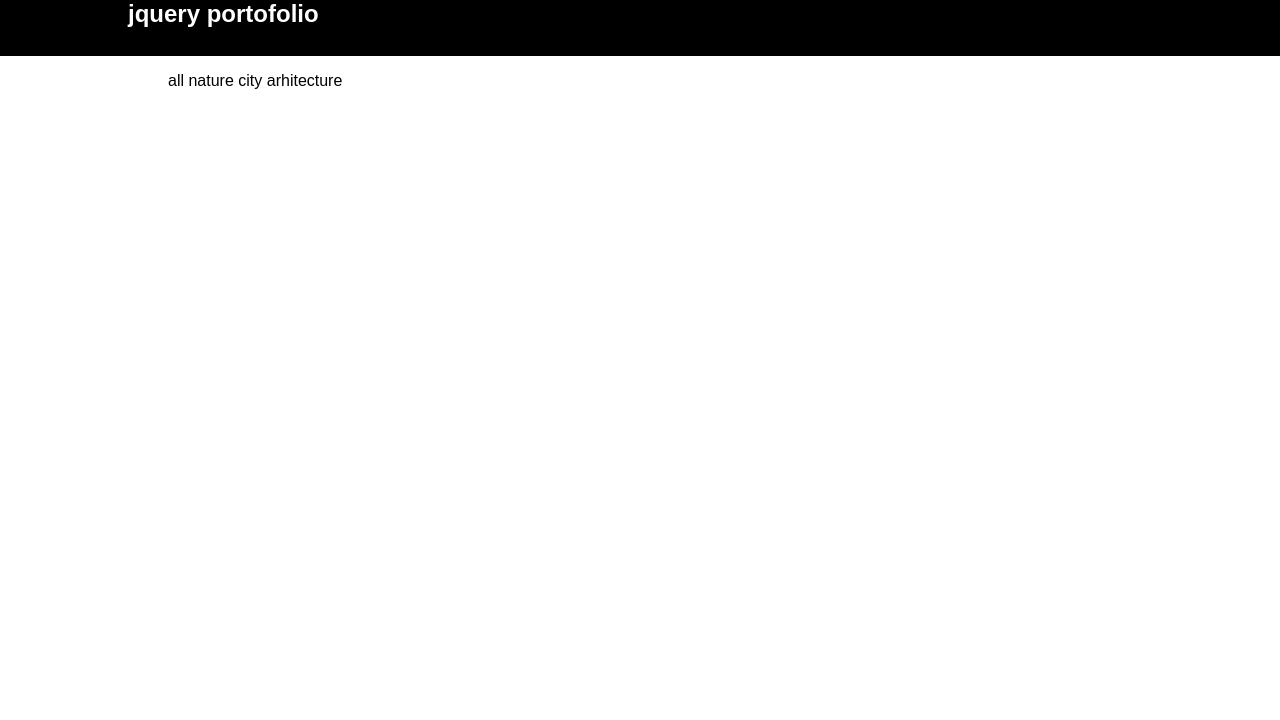
Repository: cpatrut/spring
Page: http://localhost/sparta/home.jsp
These files come from the project's save history. The page is drawn as it stood at one moment and after the next save; the edit follows.
The browser window is 1280 px wide. The pictures show the whole page.
After loading, the first visible `li` was clicked once.
The page is served by Tomcat 9. Other server files are loaded and not shown.

Above is the page before, as saved 2015-06-14 07:20:27.

### sparta/WebContent/home.jsp
<%@ page language="java" contentType="text/html; charset=UTF-8"
    pageEncoding="UTF-8"%>
<!DOCTYPE html PUBLIC "-//W3C//DTD HTML 4.01 Transitional//EN" "http://www.w3.org/TR/html4/loose.dtd">
<html>
<head>
<title>This is porto</title>
<script type="text/javascript" src="js/jquery-1.9.1.min.js">

</script>
<link rel="stylesheet" type="text/css" href="css/style.css"/>
<script type="text/javascript" src="js/script.js">
</script>
<script type="text/javascript" src="js/filter.js">
</script>
<meta http-equiv="Content-Type" content="text/html; charset=UTF-8">

</head>
<body>

	<div id="header">
		<div id="menu">
			<h2>jquery portofolio</h2>
		</div>
	</div>
	<div id="overlay">
	</div>
	<div id="frame">
		<table>
		<tr>
			<td  id="left">
				<img src="images/left.png" alt="left"/>

		</td>
			<td id="right">
				<img src="images/right.png" alt="right"/>
			</td>
		</tr></table>
		<img id="main" src="" alt=""/>
		<div id="description">
			<p></p>
		</div>
	</div>
	<div id="wrapper">
		<ul id="filter">
			<li>all</li>
			<li>nature</li>
			<li>city</li>
			<li>arhitecture</li>
		</ul>

		<ul id="portofolio">
		<li class="nature"><img id="1" src="images/1.jpg" alt="img">	</li>
		<li class="arhitecture city"><img id="2"  src="images/2.jpg" alt="">	</li>
		<li   class="arhitecture " ><img id="3"  src="images/3.jpg" alt="">	</li>
		<li class="city" ><img id="4"  src="images/4.jpg" alt="">	</li>
		<li class="arhitecture"><img id="5"  src="images/5.jpg" alt="">	</li>
		<li class="nature"><img id="6"  src="images/6.jpg" alt="">	</li>
		<li class="arhitecture nature"><img id="7"  src="images/7.jpg" alt="">	</li>
		<li class="nature"><img id="8"  src="images/8.jpg" alt="">	</li>
		</ul>
	</div>
</body>
</html>

### sparta/WebContent/css/style.css
body{
margin:0;
padding:0;
font-family: arial,sans-serif;
}
#menu {
color:white;
	width:1024px;


	margin:0px auto;
}
h2{
margin:0px;
text-align:left;
}
	#header{
	width:100%;
	height:56px;
	background-color: black;
	}
	#wrapper{
	width:1024px;
	min-height: 500px;
	margin:0px auto;
	}
	#portofolio{
	list-style-type: none;
	padding-left: 0px;
	}
	#portofolio li{
		display:inline-block;
		margin:10px 5px 10px 5px;
	}
	#portofolio li img{
		width:250px;
		height:200px;
		cursor:pointer;
	}
	#overlay{
		width:100%;
		height:100%;
		position:fixed;
		background-color:black;
		opacity: 0.7;
		display:none;
			top:0px;
	}
	#frame{
	position:fixed;
	display:none;
	background-color:none;
	width:540px;
	height:386px;
	left:50%;
	margin-left:-350px;
	background-color:white;
	padding-top:20px;
	margin-left:-350px;;
	margin-top:15px;

	}
	#description p{
		text-align:center;
	}
	#description{
	background-color:white;
	padding-bottom:10px;
	}
	#frame table{
	position:absolute;
	width:503px;
	margin-left:20px;
	}
	#right{
	float:right;
	}
	#right img{
	float:right;
	}
	#right,#left{
	left: -0px;
    position: relative;
    top: 102px;
    cursor:pointer;
    }
	#left{
	left:-3px;}
	#overlay{
	cursor:pointer;
	}
	#left img{
	opacity:0.5;

	}
	#right img{
	opacity:0.5;
	}
	#frame #main{
	cursor:pointer;
	}
	#frame #main{
	width:500px;
	margin-left:20px;
	height: 331px;
	}
	#filter li{
		display:inline;
	}
	#fiter li.active{
		font-weight:bold;
	}

### sparta/WebContent/js/script.js
$(function () {
	var current_li;

	function setImg(src,id){
		$("#frame #main").attr("src",src);
		var path="text/"+id+".txt";
		$.get(path,function(data){
			console.log(data);
			$("#description p").html(data);
		});
	}
	$("#portofolio img").click(function(){
		var src=$(this).attr("src");
		current_li=$(this).parent();
		var id=$(this).attr("id");
		setImg(src,id);

		$("#frame").fadeIn(500);
		$("#overlay").fadeIn(500);
	});
	$("#overlay").click(function () {
		$(this).fadeOut(500);
		$("#frame").fadeOut(500);

	});
	$("#right").click(function () {
		if(current_li.is(":last-child")){
			var next_li=$("#portofolio li").first();
		}
		else{
		var next_li = current_li.next();
		}

		var next_src = next_li.children("img").attr("src");

		var id=next_li.children("img").attr("id");
		setImg( next_src,id);
		$("#main").attr("src",next_src);
		current_li = next_li;
	});
	$("#left").click(function () {
		if(current_li.is(":first-child")){
			var 	prev_li=$("#portofolio li").last();

		}
		else{
			var prev_li=current_li.prev();
		}

		var prev_src=prev_li.children("img").attr("src");
		var id=prev_li.children("img").attr("id");
		setImg(prev_src,id);
		current_li=prev_li;
	});
	$("#right img ,#left img").mouseover(function(){
		$(this).css("opacity","0.75");
	});
		$("#right img ,#left img").mouseleave(function(){
		$(this).css("opacity","0.5");
	});

});

### sparta/WebContent/js/filter.js
$(function(){

	$("#filter li").click(function(){
		var category = $(this).html();
		$(this).addClass(category);
		$("#portofolio li").fadeOut(1000);
	var i=0;
		$("#portofolio li").each(function(){
			if($(this).hasClass(category)){
				$(this).fadeIn(500);
			}
		});
	});

});

Loaded but not shown: sparta/WebContent/js/jquery-1.9.1.min.js (library)

After the next save:
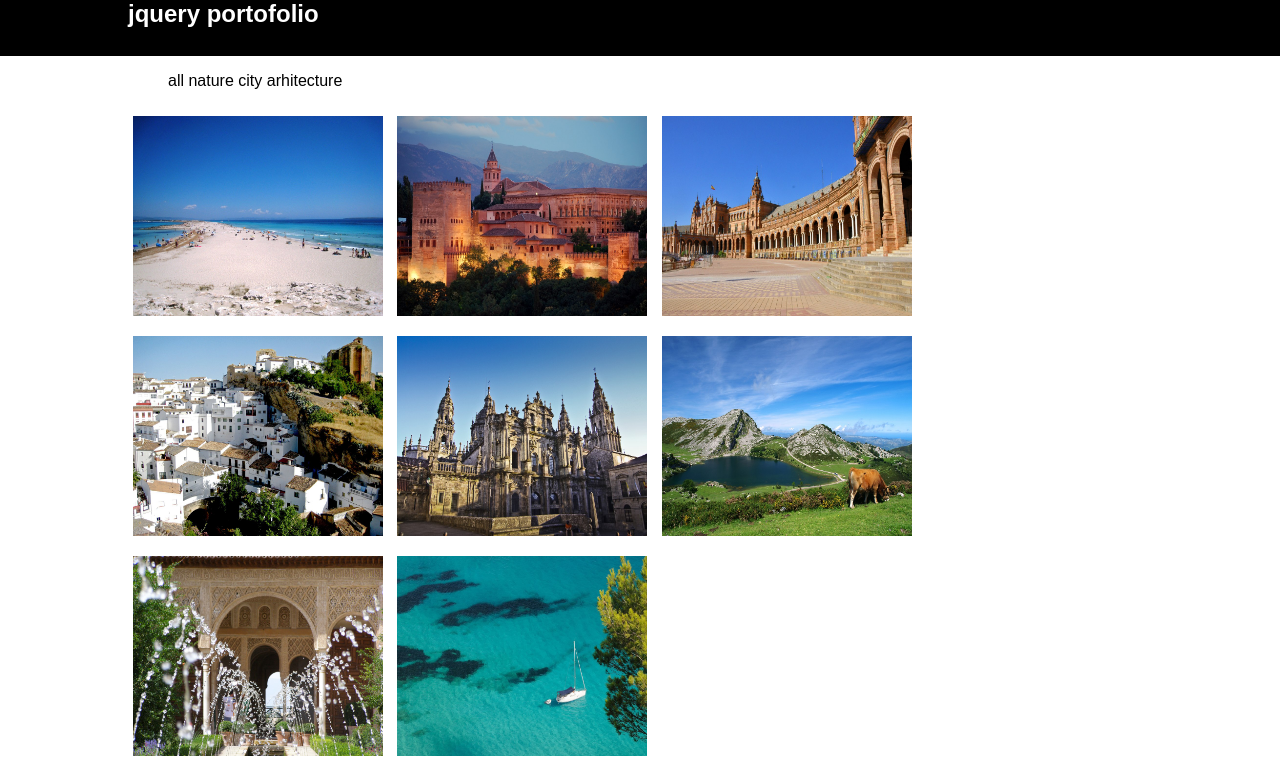
Console error: ReferenceError: active is not defined
Saved 16 s later.
--- a/sparta/WebContent/js/filter.js
+++ b/sparta/WebContent/js/filter.js
@@ -2,7 +2,7 @@
 
 	$("#filter li").click(function(){
 		var category = $(this).html();
-		$(this).addClass(category);
+		$(this).addClass(active);
 		$("#portofolio li").fadeOut(1000);
 	var i=0;
 		$("#portofolio li").each(function(){

After the save that followed:
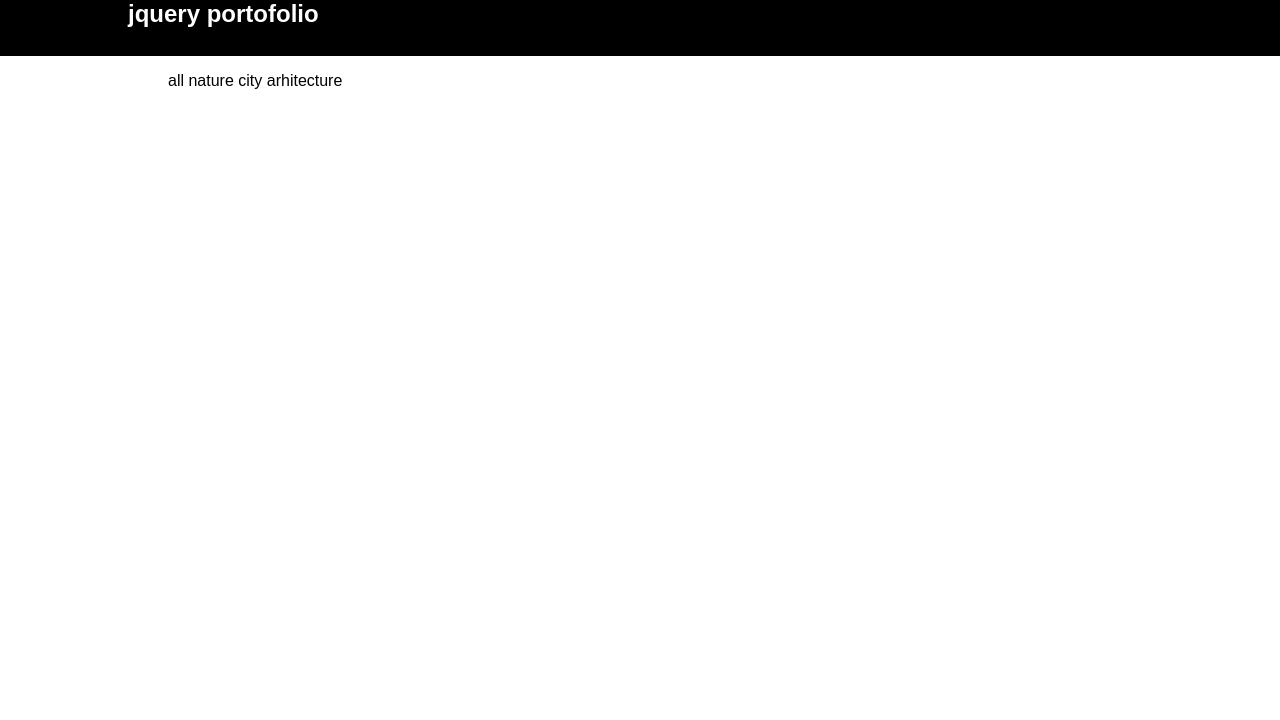
The error is gone.
Saved 16 s later.
--- a/sparta/WebContent/js/filter.js
+++ b/sparta/WebContent/js/filter.js
@@ -2,7 +2,7 @@
 
 	$("#filter li").click(function(){
 		var category = $(this).html();
-		$(this).addClass(active);
+		$(this).addClass("active");
 		$("#portofolio li").fadeOut(1000);
 	var i=0;
 		$("#portofolio li").each(function(){
